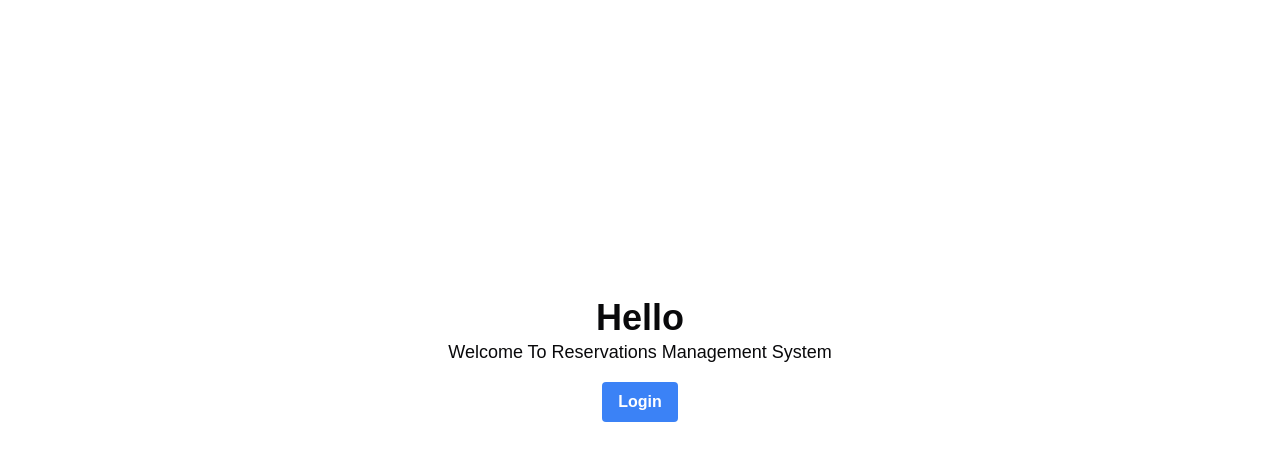
Repository: yasserrrz/UNIQUD
Page: /
These files come from the project's save history. The page is drawn as it stood at one moment and after the next save; the edit follows.
The browser window is 1280 px wide. The pictures show the whole page.
The project was rebuilt for these pictures with package versions that can differ from the ones it lists, and the page was loaded fresh each time. The framework's server and built-in components were replaced by stand-ins that run in the browser. Also part of the build but not shown: next.config.mjs.

Above is the page before, as saved 2025-01-26 13:15:42.

After the next save:
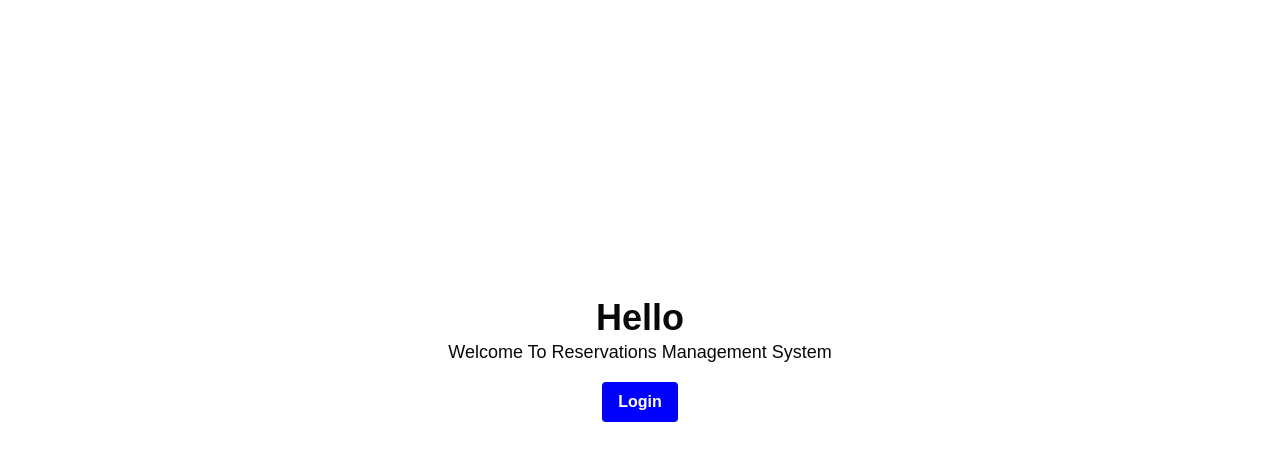
Saved 2 min 14 s later.
--- a/src/app/page.js
+++ b/src/app/page.js
@@ -10,7 +10,7 @@
     </h1>
     <p className="text-lg">Welcome To Reservations Management System</p>
      <Link href="/login">
-      <button className="bg-blue-500 hover:bg-blue-700 text-white font-bold py-2 px-4 rounded mt-4">
+      <button className="bg-[#0000FF] hover:bg-blue-700 text-white font-bold py-2 px-4 rounded mt-4">
         Login
       </button>
      </Link>
